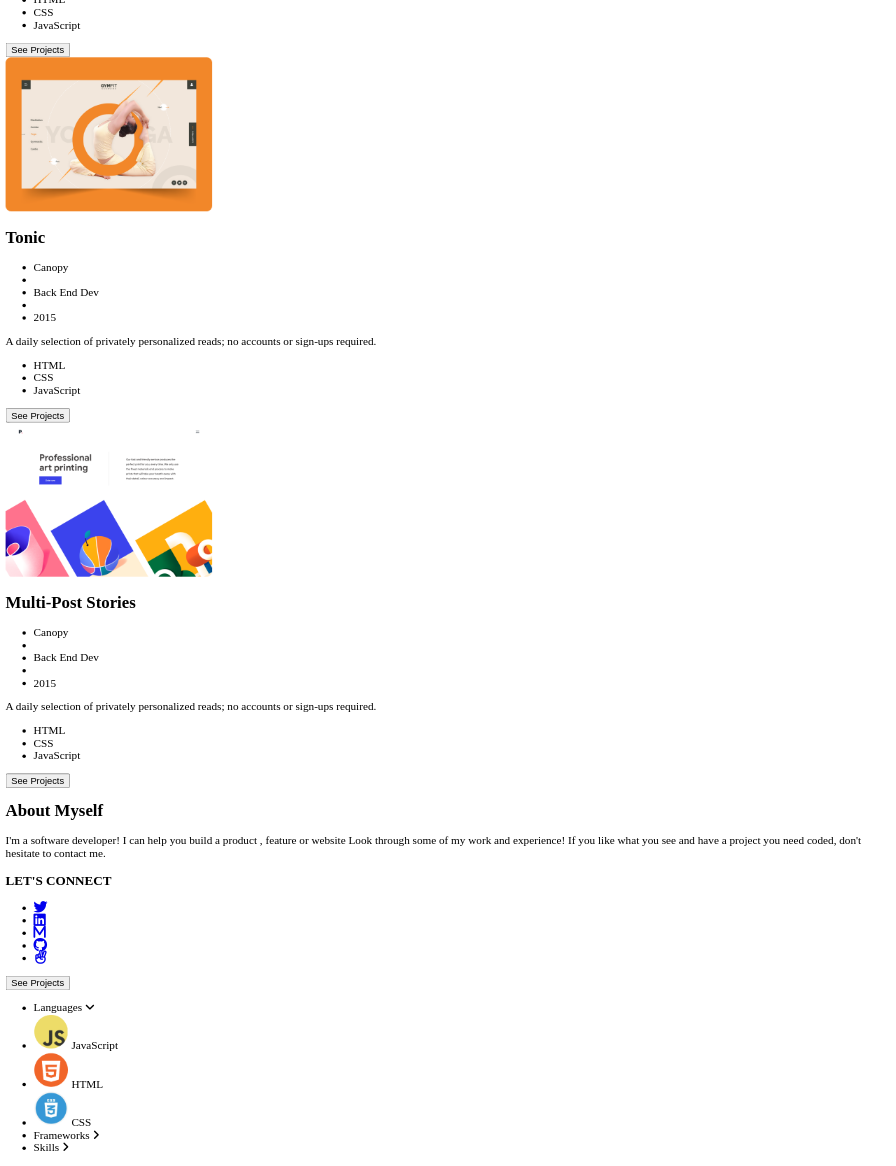
Repository: Paulinelali/microverse-personal-portfolio
Page: index.html
An editor plug-in stored every save of this project. The page is shown before and after the next save, followed by the edit.
The browser window is 1280 px wide. The pictures show the part of the page from y = 1287 to 3207 px (the page is 2952 px tall before and 3207 px after), at 70% of full size.
Some web libraries are served in a nearby version.

Above is the page before, as saved 2023-05-02 13:15:03.

### index.html
<!DOCTYPE html>
<html lang="en">
<head>
    <meta charset="UTF-8">
    <meta http-equiv="X-UA-Compatible" content="IE=edge">
    <meta name="viewport" content="width=device-width, initial-scale=1.0">
    <link rel="preconnect" href="https://fonts.googleapis.com">
<link rel="preconnect" href="https://fonts.gstatic.com" crossorigin>
<link href="https://fonts.googleapis.com/css2?family=Poppins:ital,wght@0,300;0,400;0,700;1,500&display=swap" rel="stylesheet">
    <script src="https://kit.fontawesome.com/97d9fb687f.js" crossorigin="anonymous"></script>
    <link rel="stylesheet" media="screen and (max-width: 765px)" href="style.css">
    <script src='https://kit.fontawesome.com/a076d05399.js' crossorigin='anonymous'></script>
    <title>Ayomide's portfolio</title>
</head>
<body>
    <section>
        <header class="header">
            <nav class="navbar">
                <div class="logo">
                    <img src="./assets/My Logo.png" alt="">
                </div>
                <div class="hamburger">
                    <span class="line-top"></span>
                    <span class="line-middle"></span>
                    <span class="line-bottom"></span>
                </div>
            </nav>
            <div class="first intro">
                <h1 class="title">
                    I'm Ayomide.s.e.p<br>
                    Glad to see you!
                </h1>
                <p class="bio">
                    I'm a software developer! I can help you build a product , feature or website Look through some of my work and experience! If you like what you see and have a project you need coded, don't hesitate to contact me.
                </p>
                <h3 class="let-connect">
                    LET'S CONNECT
                </h3>
                <ul class="social-icons">
                    <li><a href="#"><i class="fa-brands fa-twitter fa-lg"></i></a></li>
                    <li><a href="#"><i class="fa-brands fa-linkedin fa-lg"></i></a></li>
                    <li><a href="#"><i class="fa-solid fa-m fa-lg"></i></a></li>
                    <li><a href="#"><i class="fa-brands fa-github fa-lg"></i></a></li>
                    <li><a href="#"><i class="fa-regular fa-hand-peace fa-flip-horizontal fa-lg"></i></a></li>
                </ul>
            </div>
        </header>
    </section>
    <section class="works">
        <div class="card">
            <div class="card-image"><img src="./assets/1.png" alt=""></div>
            <h1 class="card-title">Tonic</h1>
            <ul class="card-year">
                <li class="canopy">Canopy</li>
                <li class="empty-dot"></li>
                <li>Back End Dev</li>
                <li class="empty-dot"></li>
                <li>2015</li>
            </ul>
            <p class="card-details">
                A daily selection of privately personalized reads; no accounts or sign-ups required.
            </p>
            <ul class="card-tech-category">
                <li class="html">HTML</li>
                <li class="css">CSS</li>
                <li class="js">JavaScript</li>
            </ul>
            <button class="see-projects-btn">See Projects</button>
        </div>

        <div class="card">
            <div class="card-image"><img src="./assets/2.png" alt=""></div>
            <h1 class="card-title">Multi-Post
                Stories</h1>
            <ul class="card-year">
                <li class="canopy">Canopy</li>
                <li class="empty-dot"></li>
                <li>Back End Dev</li>
                <li class="empty-dot"></li>
                <li>2015</li>
            </ul>
            <p class="card-details">
                A daily selection of privately personalized reads; no accounts or sign-ups required.
            </p>
            <ul class="card-tech-category">
                <li class="html">HTML</li>
                <li class="css">CSS</li>
                <li class="js">JavaScript</li>
            </ul>
            <button class="see-projects-btn">See Projects</button>
        </div>

        <div class="card">
            <div class="card-image"><img src="./assets/3.png" alt=""></div>
            <h1 class="card-title">Tonic</h1>
            <ul class="card-year">
                <li class="canopy">Canopy</li>
                <li class="empty-dot"></li>
                <li>Back End Dev</li>
                <li class="empty-dot"></li>
                <li>2015</li>
            </ul>
            <p class="card-details">
                A daily selection of privately personalized reads; no accounts or sign-ups required.
            </p>
            <ul class="card-tech-category">
                <li class="html">HTML</li>
                <li class="css">CSS</li>
                <li class="js">JavaScript</li>
            </ul>
            <button class="see-projects-btn">See Projects</button>
        </div>

        <div class="card">
            <div class="card-image"><img src="./assets/4.png" alt=""></div>
            <h1 class="card-title">Multi-Post
                Stories</h1>
            <ul class="card-year">
                <li class="canopy">Canopy</li>
                <li class="empty-dot"></li>
                <li>Back End Dev</li>
                <li class="empty-dot"></li>
                <li>2015</li>
            </ul>
            <p class="card-details">
                A daily selection of privately personalized reads; no accounts or sign-ups required.
            </p>
            <ul class="card-tech-category">
                <li class="html">HTML</li>
                <li class="css">CSS</li>
                <li class="js">JavaScript</li>
            </ul>
            <button class="see-projects-btn">See Projects</button>
        </div>
    </section>
    <section class="about-myself">
        <div class="intro-about">
            <h1 class="title-about">About Myself</h1>
            <p class="bio">
                I'm a software developer! I can help you build a product , feature or website Look through some of my work and experience! If you like what you see and have a project you need coded, don't hesitate to contact me.
            </p>
            <h3 class="let-connect">
                LET'S CONNECT
            </h3>
            <ul class="social-icons">
                <li><a href="#"><i class="fa-brands fa-twitter fa-lg"></i></a></li>
                <li><a href="#"><i class="fa-brands fa-linkedin fa-lg"></i></a></li>
                <li><a href="#"><i class="fa-solid fa-m fa-lg"></i></a></li>
                <li><a href="#"><i class="fa-brands fa-github fa-lg"></i></a></li>
                <li><a href="#"><i class="fa-regular fa-hand-peace fa-flip-horizontal fa-lg"></i></a></li>
            </ul>
            <button class="see-projects-btn">See Projects</button>
            <ul class="catgories">
                <li class="language">
                    <span>Languages</span>
                    <i class='fas fa-angle-down'></i>
                </li>
                <li class="tech js">
                    <img src="./assets/js.png" alt="">
                    <span>JavaScript</span>
                </li>
                <li class="tech html">
                    <img src="./assets/html.png" alt="">
                    <span>HTML</span>
                </li>
                <li class="tech css">
                    <img src="./assets/css.png" alt="">
                    <span>CSS</span>
                </li>
                <li class="framework">
                    <span>Frameworks</span>
                    <i class='fas fa-angle-right'></i>
                </li>
                <li class="skill">
                    <span>Skills</span>
                    <i class='fas fa-angle-right'></i>
                </li>
            </ul>
        </div>
    </section>
</body>
</html>

### style.css

* {
  box-sizing: border-box;
  margin: 0;
  padding: 0;
}

body {
  font-family: 'Poppins', sans-serif;
  background: #e5e5e5;
}

.navbar {
  display: flex;
  justify-content: space-between;
  padding: 2vw 5vw;
  background-color: white;
}

.navbar .logo {
  vertical-align: middle;
  margin-top: 3px;
}

.hamburger {
  width: 10vw;
  height: 4px;
  display: flex;
  flex-direction: column;
  gap: 7px;
}

.line-top,
.line-middle,
.line-bottom {
  border: 2px solid #6070ff;
}

.title {
  font-style: normal;
  font-weight: 700;
  font-size: 10vw;
  line-height: 52px;
  color: #172b4d;
}

.intro {
  background: url("./assets/bg.png") no-repeat;
  background-color: white;
  padding: 128px 24px;
  background-size: cover;
  display: flex;
  flex-direction: column;
  gap: 1rem;
  border-radius: 0 0 0 50px;
  -webkit-border-radius: 0 0 0 50px;
  -moz-border-radius: 0 0 0 50px;
  -ms-border-radius: 0 0 0 50px;
  -o-border-radius: 0 0 0 50px;
}

.let-connect {
  font-style: normal;
  font-weight: 500;
  font-size: 1rem;
  line-height: 24px;
  color: #7f8cff;
}

.bio {
  font-style: normal;
  font-weight: 400;
  font-size: 1rem;
  line-height: 24px;
  color: #344563;
}

.social-icons {
  display: flex;
  gap: 5%;
  align-items: baseline;
}

.social-icons i {
  color: #505f79;
}

li {
  list-style-type: none;
}

.social-icons li {
  list-style-type: none;
  padding: 0;
  margin: 0;
}

/* works section */

.works {
  display: grid;
  gap: 25vw;
  padding: 0 1vw;
  margin-top: 25vw;
  margin-bottom: 114px;
}

.card {
  width: 327px;
  margin: auto;
  background-color: white;
  padding: 16px;
  border: 1px solid #dfe1e6;
  border-radius: 1rem;
  -webkit-border-radius: 1rem;
  -moz-border-radius: 1rem;
  -ms-border-radius: 1rem;
  -o-border-radius: 1rem;
  display: flex;
  flex-direction: column;
  gap: 4vw;
  padding-bottom: 5vw;
}

.card-image img {
  width: 100%;
}

.card-title {
  color: #172b4d;
  font-style: normal;
  font-weight: 700;
  font-size: 32px;
  line-height: 44px;
}

.card-year {
  display: flex;
  gap: 3vw;
}

.card-year li {
  color: #7a869a;
  align-self: baseline;
}

.card .canopy {
  color: #344563;
  font-style: normal;
  font-weight: 600;
  font-size: 13px;
  line-height: 16px;
  text-transform: uppercase;
}

.empty-dot {
  width: 2vw;
  height: 2vw;
  background-color: #c1c7d0;
  border-radius: 50%;
  -webkit-border-radius: 50%;
  -moz-border-radius: 50%;
  -ms-border-radius: 50%;
  -o-border-radius: 50%;
}

.card-details {
  color: #344563;
}

.card-tech-category {
  display: flex;
  gap: 3vw;
}

.card-tech-category li {
  color: #6070ff;
  background: #ebebff;
  padding: 4px 12px;
  border-radius: 8px;
  -webkit-border-radius: 8px;
  -moz-border-radius: 8px;
  -ms-border-radius: 8px;
  -o-border-radius: 8px;
}

.see-projects-btn {
  color: #396df2;
  font-style: normal;
  font-weight: 500;
  font-size: 17px;
  padding: 12px 4px;
  line-height: 24px;
  width: 45%;
  background: transparent;
  border: 1px solid #396df2;
  border-radius: 8px;
  -webkit-border-radius: 8px;
  -moz-border-radius: 8px;
  -ms-border-radius: 8px;
  -o-border-radius: 8px;
}

.see-projects-btn:hover {
  background-color: #6070ff;
  color: white;
}

.disabled {
  color: #5e6c84;
  border: 1px solid #5e6c84;
}

.see-projects-btn:active {
  color: white;
  background-color: #2230d2;
}

.intro-about {
  background-color: white;
  padding: 128px 24px;
  background-size: cover;
  display: flex;
  flex-direction: column;
  gap: 1rem;
  border-radius: 0 50px 0 0;
  -webkit-border-radius: 0 50px 0 0;
  -moz-border-radius: 0 50px 0 0;
  -ms-border-radius: 0 50px 0 0;
  -o-border-radius: 0 50px 0 0;
}

.title-about {
  font-style: normal;
  font-weight: 700;
  font-size: 40px;
  line-height: 52px;
  color: #172b4d;
}

.catgories {
  display: flex;
  flex-direction: column;
  gap: 3vw;
  margin-top: 15px;
}

.tech {
  display: flex;
  gap: 4vw;
  align-items: center;
  background-color: #f7f7f9;
  padding: 2.25vw;
  border-radius: 2vw;
  -webkit-border-radius: 2vw;
  -moz-border-radius: 2vw;
  -ms-border-radius: 2vw;
  -o-border-radius: 2vw;
}

.language,
.skill,
.framework {
  font-style: normal;
  font-weight: 600;
  font-size: 5vw;
  line-height: 24px;
  color: #000;
  display: flex;
  justify-content: space-between;
  margin: 5vw 0;
  padding-right: 7.5vw;
}

.skill {
  border-top: 1px solid #dfe1e6;
  border-bottom: 1px solid #dfe1e6;
  padding-top: 6vw;
  padding-bottom: 6vw;
  margin: 0;
}

.contact-form{

}

After the next save:
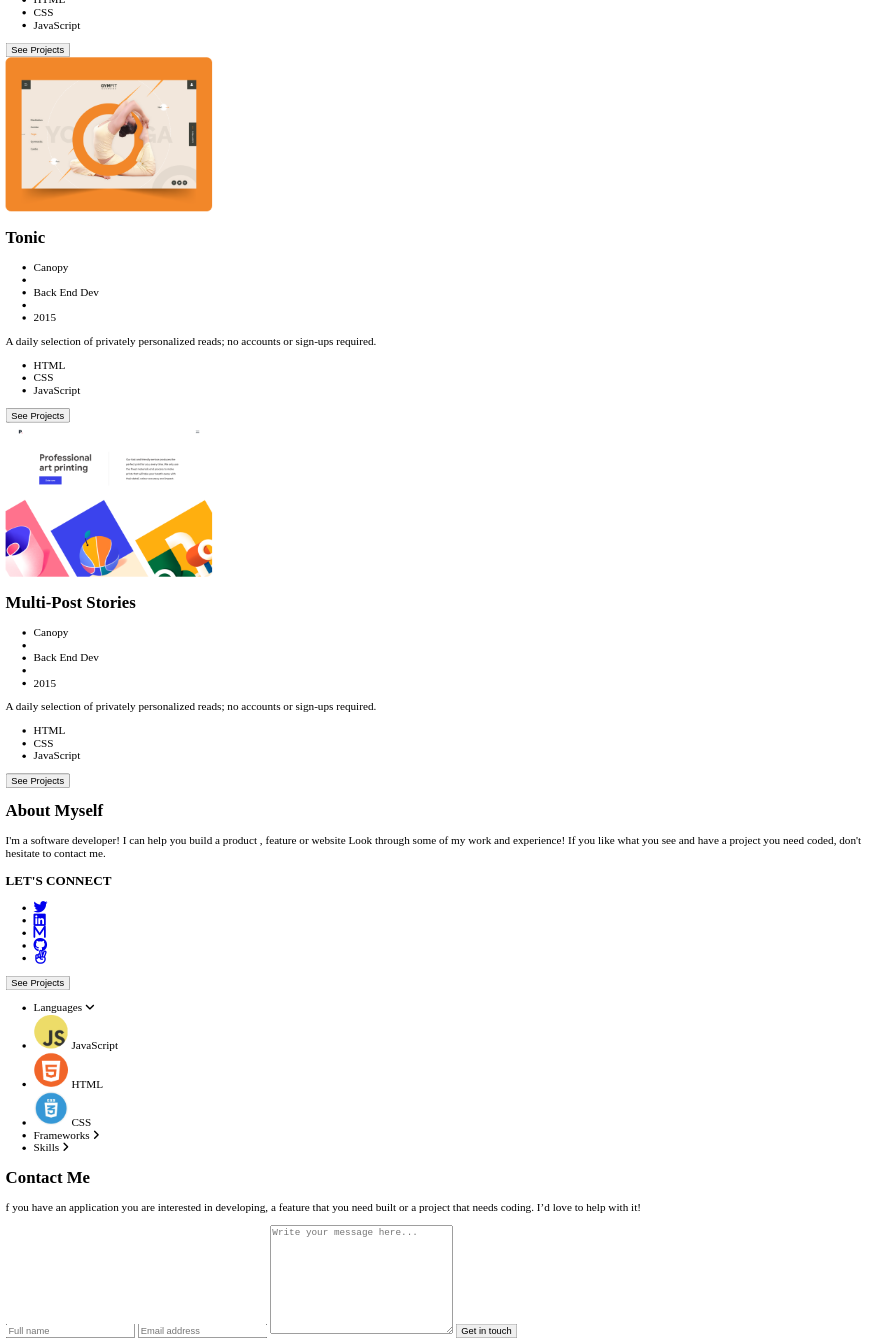
Saved 115 s later.
--- a/index.html
+++ b/index.html
@@ -178,5 +178,17 @@
             </ul>
         </div>
     </section>
+    <section class="contact-form">
+
+        <h2>Contact Me</h2>
+        <p>f you have an application you are interested in
+         developing, a feature that you need built or a project that needs coding. I’d love to help with it!</p>
+        <form action="https://formspree.io/f/mrgvjqgg" method="POST">
+            <input name="name" type="text" placeholder="Full name" maxlength="30" required>
+            <input name="email" type="email" placeholder="Email address" required>
+            <textarea name="message" id="" cols="30" rows="10" placeholder="Write your message here..." maxlength="500" required></textarea>
+            <input type="Submit" value="Get in touch">
+        </form>
+    </section>
 </body>
 </html>
